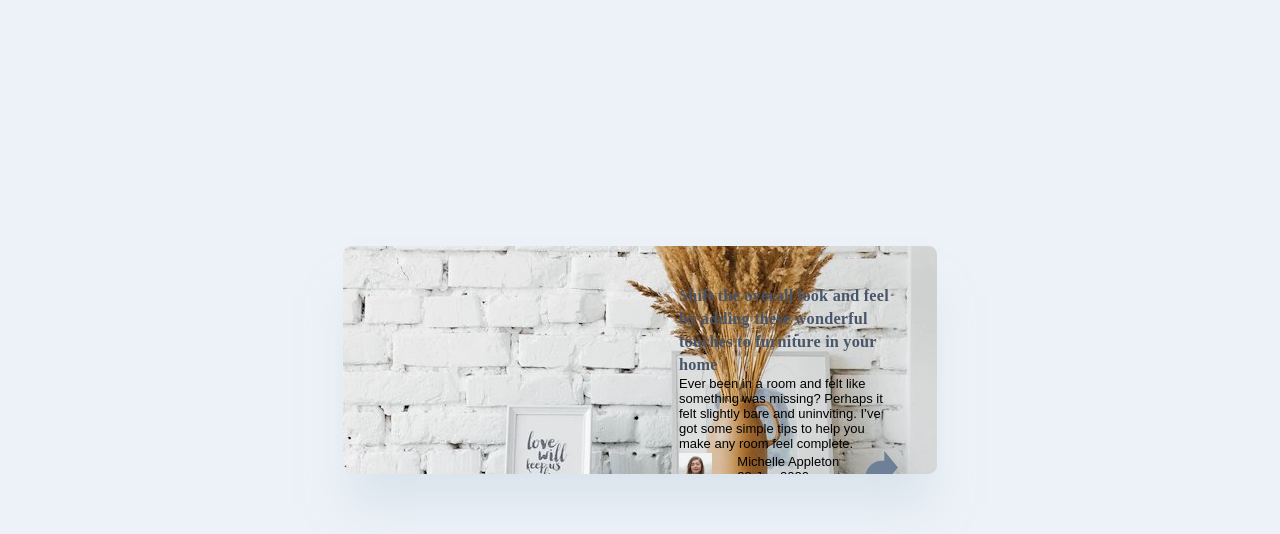
Repository: brandontaylor1/article-preview-component
Page: index.html
The author's editor kept a copy of each file at every save. The page is drawn from the files as they stood at one save, then again after the next save.
The browser window is 1280 px wide. The pictures show the whole page.

Above is the page before, as saved 2025-01-13 21:49:09.

### index.html
<!DOCTYPE html>
<html lang="en">
<head>
    <meta charset="UTF-8">
    <meta name="viewport" content="width=device-width, initial-scale=1.0">
    <link rel="stylesheet" href="styles.css">
    <title>Article Preview Component</title>
</head>
<body>

    <div class="container">
        <main class="component">
            <div class="img-container">
                <img src="./assets/images/drawers.jpg" alt="Image of Drawers">
            </div>
            <div class="component-content">
                <h2>Shift the overall look and feel by adding these wonderful touches to furniture in your home</h2>
                <p>Ever been in a room and felt like something was missing? Perhaps it felt slightly bare and uninviting. I’ve got some simple tips to help you make any room feel complete.</p>
                <div class="social-box">
                    <img src="./assets/images/avatar-michelle.jpg" alt="Picture of User Michelle">
                    <div class="social-info">
                        <p>Michelle Appleton</p>
                        <p>28 Jun 2020</p>
                    </div>
                    <div class="share-btn">
                        <img src="./assets/images/icon-share.svg" alt="Share Icon">
                    </div>
                </div>
            </div>
        </main>
    </div>

    <script src="index.js"></script>
</body>
</html>

### styles.css
* {
    margin: 0;
    padding: 0;
    box-sizing: border-box;
}

:root {
    /* COLORS */
    --dark-grayish-blue: hsl(217, 19%, 35%);
    --desaturated-dark-blue: hsl(214, 17%, 51%);
    --grayish-blue: hsl(212, 23%, 69%);
    --light-grayish-blue: hsl(210, 46%, 95%);
}

html {
    font-size: 13px;
}

body {
    font-family: 'Nunito', sans-serif;
    background-color: var(--light-grayish-blue);
}

.container {
    height: 100vh;
    display: flex;
    justify-content: center;
    align-items: center;

}

.component {
    width: 45.625rem;
    height: 17.5rem;
    flex-shrink: 0;
    display: grid;
    grid-template-columns: 1fr 1fr;
    grid-template-rows: 1fr;
    border-radius: 0.625rem;
    background: #FFF;
    box-shadow: 0px 40px 40px -10px rgba(201, 213, 225, 0.50);
    overflow: hidden;
}

.img-container {
    width: 21.87rem;

}


.component-content {
    width: 22.8125rem;
    padding: 3rem;
    flex-grow: 1;
}

.component-content h2 {
    color: #48556A;
    font-family: Manrope;
    font-size: 1.25rem;
    font-style: normal;
    font-weight: 700;
    line-height: 1.75rem; /* 140% */
    letter-spacing: 0.01563rem;
    width: 100%;
}

.social-box {
    display: flex;
    justify-content: space-between;
    align-items: center;
    width: 100%;
}

.social-box img {
    width: 2.5rem;
    height: 2.5rem;
}

Loaded but not shown: index.js (no stored copy; drawn as an empty file)

After the next save:
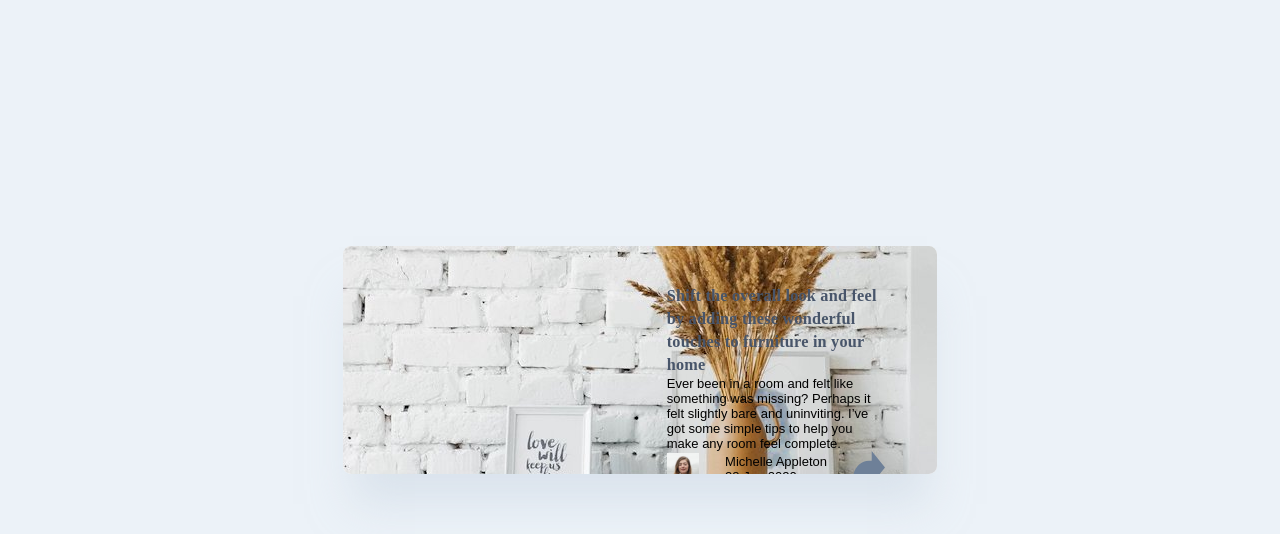
Saved 25 s later.
--- a/styles.css
+++ b/styles.css
@@ -34,7 +34,7 @@ body {
     height: 17.5rem;
     flex-shrink: 0;
     display: grid;
-    grid-template-columns: 1fr 1fr;
+    grid-template-columns: .75fr auto;
     grid-template-rows: 1fr;
     border-radius: 0.625rem;
     background: #FFF;
